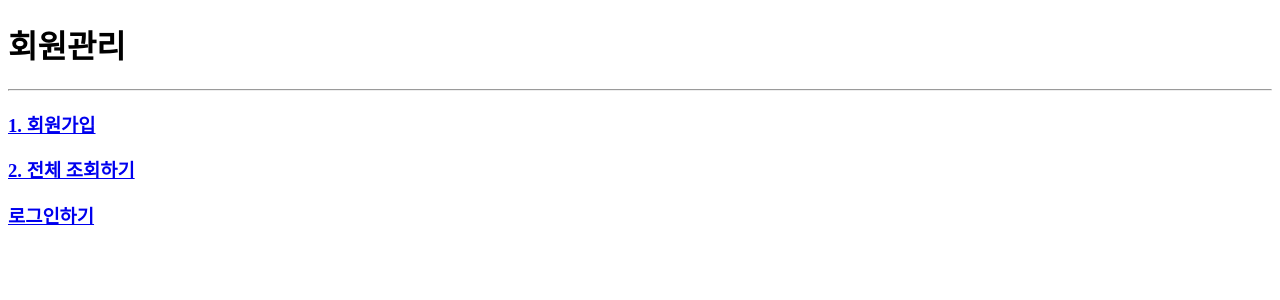
Repository: beescuit9510/toyProjects
Page: http://localhost/05_jspDbProject/
The author's editor kept a copy of each file at every save. The page is drawn from the files as they stood at one save, then again after the next save.
The browser window is 1280 px wide. The pictures show the whole page.
The page is served by Tomcat 9.

Above is the page before, as saved 2021-09-30 08:05:03.

After the next save:
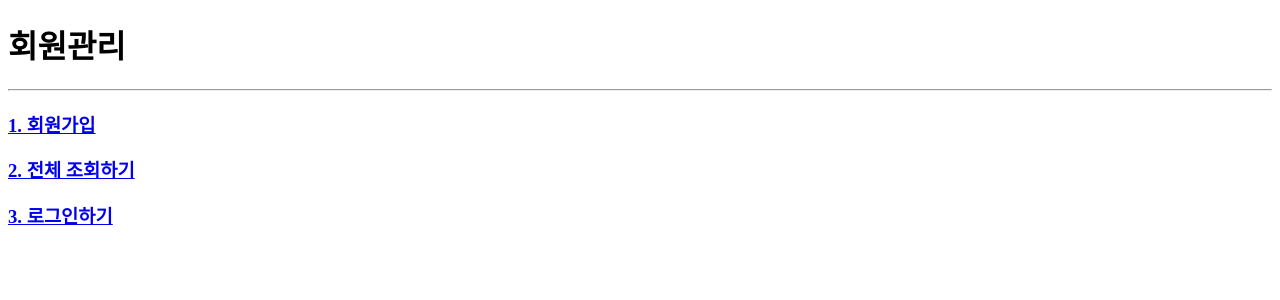
Saved 11 s later.
--- a/web-server-workplace/05_jspDbProject/src/main/webapp/index.jsp
+++ b/web-server-workplace/05_jspDbProject/src/main/webapp/index.jsp
@@ -9,7 +9,7 @@
     	Member member = (Member)session.getAttribute("member");
 
     	boolean loggedIn = member!=null;
-    	String logInOut= loggedIn?"로그아웃하기":"로그인하기";
+    	String logInOut= loggedIn?"3. 로그아웃하기":"3. 로그인하기";
     	String href = loggedIn?"/05_jspDbProject/views/logout.jsp":"/05_jspDbProject/views/loginFrm.jsp";
     %>
 <!DOCTYPE html>
